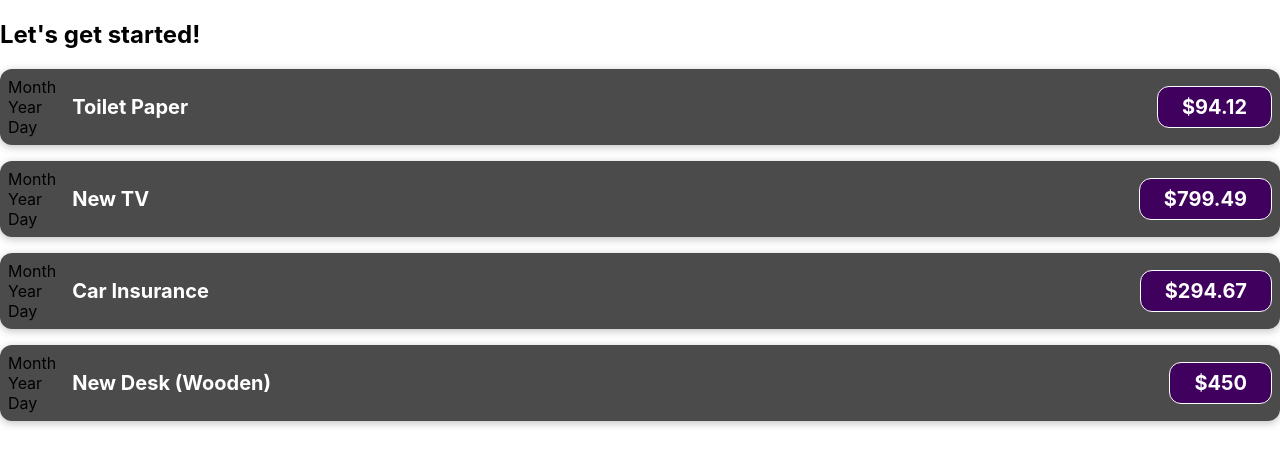
Repository: masamichan/react-complete-guide
Page: /
The author's editor kept a copy of each file at every save. The page is drawn from the files as they stood at one save, then again after the next save.
The browser window is 1280 px wide. The pictures show the whole page.
The project was rebuilt for these pictures with package versions that can differ from the ones it lists, and the page was loaded fresh each time. Also part of the build but not shown: src/App.css.

Above is the page before, as saved 2023-03-26 10:46:53.

After the next save:
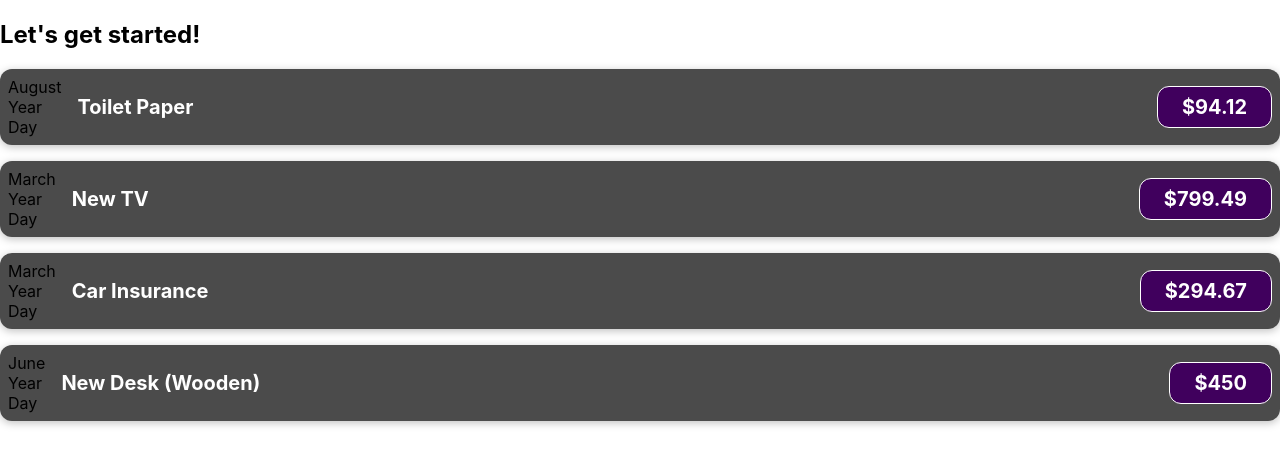
Saved 2 min 45 s later.
--- a/src/components/ExpensItem.js
+++ b/src/components/ExpensItem.js
@@ -8,7 +8,7 @@ function ExpenseItem(props) {
   return (
     <div className="expense-item">
       <div>
-        <div>Month</div>
+        <div>{props.date.toLocaleString("en-US", { month: "long" })}</div>
         <div>Year</div>
         <div>Day</div>
       </div>
